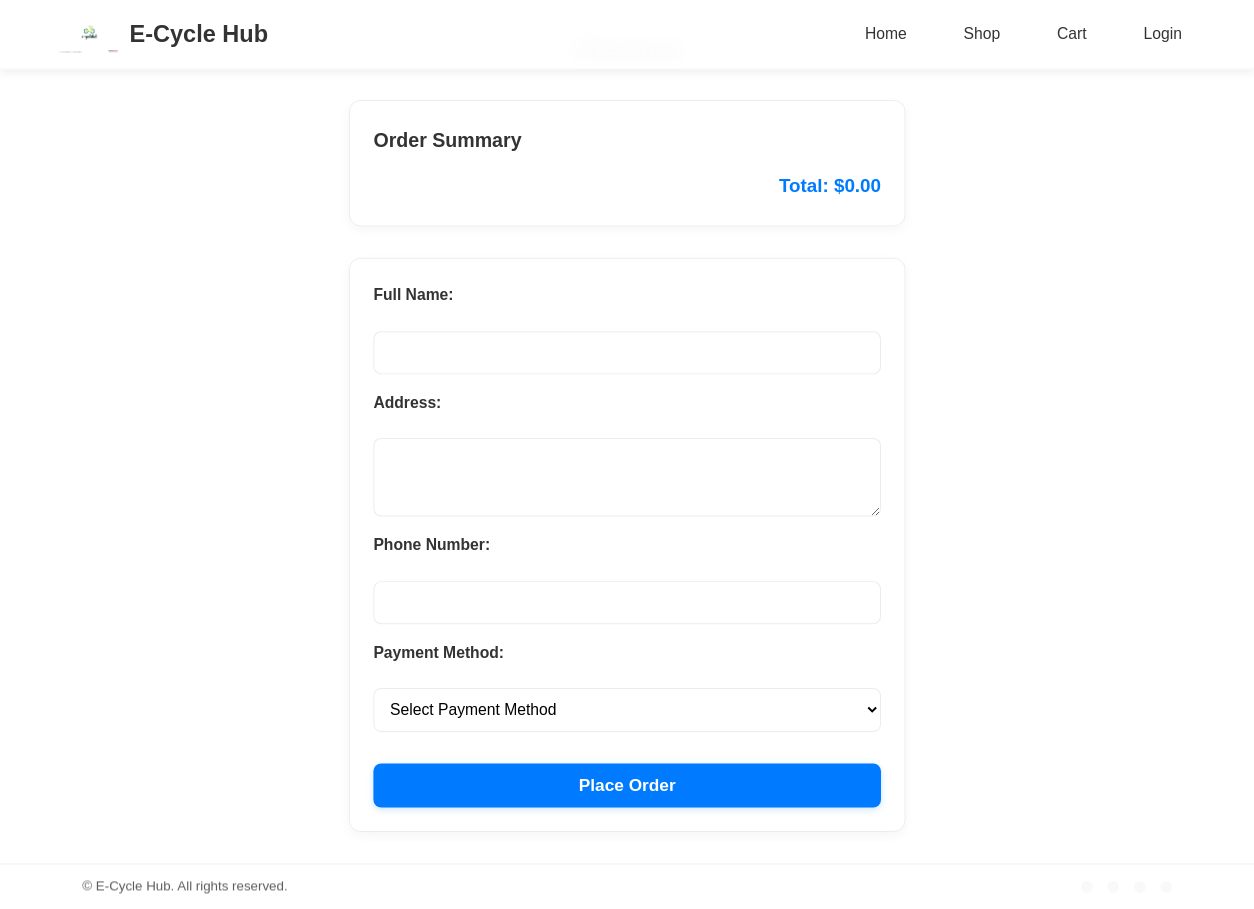
Repository: Rutuja-g/E-Cycle-Hub
Page: public/checkout.html
The author's editor kept a copy of each file at every save. The page is drawn from the files as they stood at one save, then again after the next save.
The browser window is 1280 px wide. The pictures show the whole page, at 98% of full size.

Above is the page before, as saved 2025-10-24 16:58:24.

### public/checkout.html
<!DOCTYPE html>
<html lang="en">
  <head>
    <meta charset="UTF-8" />
    <meta name="viewport" content="width=device-width, initial-scale=1.0" />
    <title>Checkout - E-Cycle Hub</title>
    <link rel="icon" href="favicon.ico" type="image/x-icon" />
    <link rel="stylesheet" href="css/reset.css" />
    <link rel="stylesheet" href="css/variables.css" />
    <link rel="stylesheet" href="css/main.css" />
  </head>
  <body>
    <header>
      <div id="header"></div>
    </header>

    <main>
      <section class="checkout">
        <h1>Checkout</h1>
        <div id="order-summary" class="order-summary">
          <h2>Order Summary</h2>
          <div id="order-items">
            <!-- Order items will be inserted here -->
          </div>
          <div class="order-total">
            <strong>Total: $<span id="total-price">0.00</span></strong>
          </div>
        </div>
        <form id="checkout-form" class="checkout-form">
          <label for="name">Full Name:</label>
          <input type="text" id="name" name="name" required />
          <div id="nameError" class="error"></div>

          <label for="address">Address:</label>
          <textarea id="address" name="address" required></textarea>
          <div id="addressError" class="error"></div>

          <label for="phone">Phone Number:</label>
          <input type="tel" id="phone" name="phone" required />
          <div id="phoneError" class="error"></div>

          <label for="payment">Payment Method:</label>
          <select id="payment" name="payment" required>
            <option value="">Select Payment Method</option>
            <option value="cod">Cash on Delivery</option>
            <option value="card">Credit/Debit Card</option>
          </select>
          <div id="paymentError" class="error"></div>

          <button type="submit">Place Order</button>
        </form>
      </section>
    </main>

    <footer>
      <div id="footer"></div>
    </footer>

    <script src="js/components.js"></script>
    <script src="js/checkout.js"></script>
  </body>
</html>

### public/css/reset.css
html
/* CSS Reset */
* {
    margin: 0;
    padding: 0;
    box-sizing: border-box;
}

html, body {
    height: 100%;
    font-family: Arial, sans-serif;
}

img {
    max-width: 100%;
    height: auto;
}

a {
    text-decoration: none;
    color: inherit;
}

ul {
    list-style: none;
}

button {
    cursor: pointer;
}

### public/css/variables.css
:root {
  --primary-color: #007bff; /* Electric Blue */
  --secondary-color: #0056b3; /* Darker Blue for hover */
  --background-color: #ffffff; /* White */
  --text-color: #333333; /* Dark Gray */
  --muted: #6c757d; /* Muted text */
  --font-family: "Poppins", sans-serif; /* Modern Font */
  --font-size-base: 16px; /* Base Font Size */
  --font-size-large: 1.25rem; /* Large Font Size */
  --font-size-small: 0.875rem; /* Small Font Size */
  --border-radius: 10px; /* Rounded Corners */
  --box-shadow: 0 4px 8px rgba(0, 0, 0, 0.1); /* Subtle Box Shadow */
  --box-shadow-hover: 0 6px 12px rgba(0, 0, 0, 0.15); /* Hover Shadow */
  --transition: all 0.3s ease; /* Smooth Transitions */
}

### public/js/checkout.js
(function () {
  const CART_KEY = "ecycle_cart";

  function getCart() {
    try {
      const raw = localStorage.getItem(CART_KEY);
      const cart = raw ? JSON.parse(raw) : [];
      if (!Array.isArray(cart)) {
        console.warn("Cart data is not an array, resetting to empty.");
        return [];
      }
      return cart;
    } catch (e) {
      console.error("Failed to parse cart from localStorage:", e);
      return [];
    }
  }

  function saveCart(cart) {
    try {
      localStorage.setItem(CART_KEY, JSON.stringify(cart));
    } catch (e) {
      console.warn("Failed to save cart", e);
    }
  }

  function formatPrice(n = 0) {
    return Number(n).toLocaleString(undefined, {
      minimumFractionDigits: 2,
      maximumFractionDigits: 2,
    });
  }

  function renderOrderSummary() {
    const cart = getCart();
    const orderItems = document.getElementById("order-items");
    const totalPrice = document.getElementById("total-price");

    orderItems.innerHTML = "";
    let total = 0;

    cart.forEach((item) => {
      const itemDiv = document.createElement("div");
      itemDiv.className = "order-item";
      itemDiv.innerHTML = `
        <p>${item.name} (x${item.quantity}) - $${formatPrice(
        item.price * item.quantity
      )}</p>
      `;
      orderItems.appendChild(itemDiv);
      total += item.price * item.quantity;
    });

    totalPrice.textContent = formatPrice(total);
  }

  function validateForm() {
    let isValid = true;
    const name = document.getElementById("name").value.trim();
    const address = document.getElementById("address").value.trim();
    const phone = document.getElementById("phone").value.trim();
    const payment = document.getElementById("payment").value;

    // Clear previous errors
    document.querySelectorAll(".error").forEach((el) => {
      el.textContent = "";
      el.style.opacity = "0";
    });

    if (!name) {
      document.getElementById("nameError").textContent =
        "Full name is required.";
      document.getElementById("nameError").style.opacity = "1";
      isValid = false;
    }

    if (!address) {
      document.getElementById("addressError").textContent =
        "Shipping address is required.";
      document.getElementById("addressError").style.opacity = "1";
      isValid = false;
    }

    if (!phone) {
      document.getElementById("phoneError").textContent =
        "Phone number is required.";
      document.getElementById("phoneError").style.opacity = "1";
      isValid = false;
    }

    if (!payment) {
      document.getElementById("paymentError").textContent =
        "Please select a payment mode.";
      document.getElementById("paymentError").style.opacity = "1";
      isValid = false;
    }

    return isValid;
  }

  function handleFormSubmit(e) {
    e.preventDefault();

    if (!validateForm()) {
      return;
    }

    // Get current user
    const user = JSON.parse(localStorage.getItem("ecycle_current_user"));
    if (!user) {
      alert("Please log in to place an order.");
      window.location.href = "login.html";
      return;
    }

    // Get cart items
    const cart = getCart();

    // Create order object
    const order = {
      id: Date.now(), // Simple ID based on timestamp
      userEmail: user.email,
      items: cart,
      total: cart.reduce((sum, item) => sum + item.price * item.quantity, 0),
      date: new Date().toISOString(),
      name: document.getElementById("name").value,
      address: document.getElementById("address").value,
      phone: document.getElementById("phone").value,
      payment: document.getElementById("payment").value,
    };

    // Save order to localStorage
    const orders = JSON.parse(localStorage.getItem("orders") || "[]");
    orders.push(order);
    localStorage.setItem("orders", JSON.stringify(orders));

    // Clear cart
    saveCart([]);

    // Show success message
    document.getElementById("checkout-form").style.display = "none";
    document.querySelector(".order-summary").style.display = "none";
    document.getElementById("success-message").style.display = "block";
  }

  document.addEventListener("DOMContentLoaded", function () {
    renderOrderSummary();

    const form = document.getElementById("checkout-form");
    form.addEventListener("submit", handleFormSubmit);
  });
})();

### public/components/header.html
<nav class="navbar">
  <div class="nav-container">
    <div class="logo">
      <a href="index.html">
        <img src="assets/images/logo.jpg" alt="E-Cycle Hub Logo" />
        <span>E-Cycle Hub</span>
      </a>
    </div>
    <div class="nav-toggle" id="navToggle">
      <span></span>
      <span></span>
      <span></span>
    </div>
    <ul class="nav-links" id="navLinks">
      <li><a href="index.html" class="nav-link">Home</a></li>
      <li><a href="shop.html" class="nav-link">Shop</a></li>
      <li><a href="cart.html" class="nav-link">Cart</a></li>
      <li><a href="login.html" class="nav-link">Login</a></li>
    </ul>
  </div>
</nav>

### public/components/footer.html
<footer class="footer">
  <div class="container">
    <div class="footer-content">
      <p>&copy; <span id="year"></span> E-Cycle Hub. All rights reserved.</p>
      <div class="social-icons">
        <a href="#" aria-label="Facebook"><i class="fab fa-facebook-f"></i></a>
        <a href="#" aria-label="Twitter"><i class="fab fa-twitter"></i></a>
        <a href="#" aria-label="Instagram"><i class="fab fa-instagram"></i></a>
        <a href="#" aria-label="YouTube"><i class="fab fa-youtube"></i></a>
      </div>
    </div>
  </div>
</footer>

Loaded but not shown: public/js/components.js (32 lines, source omitted); public/css/main.css (965 lines, source omitted)

After the next save:
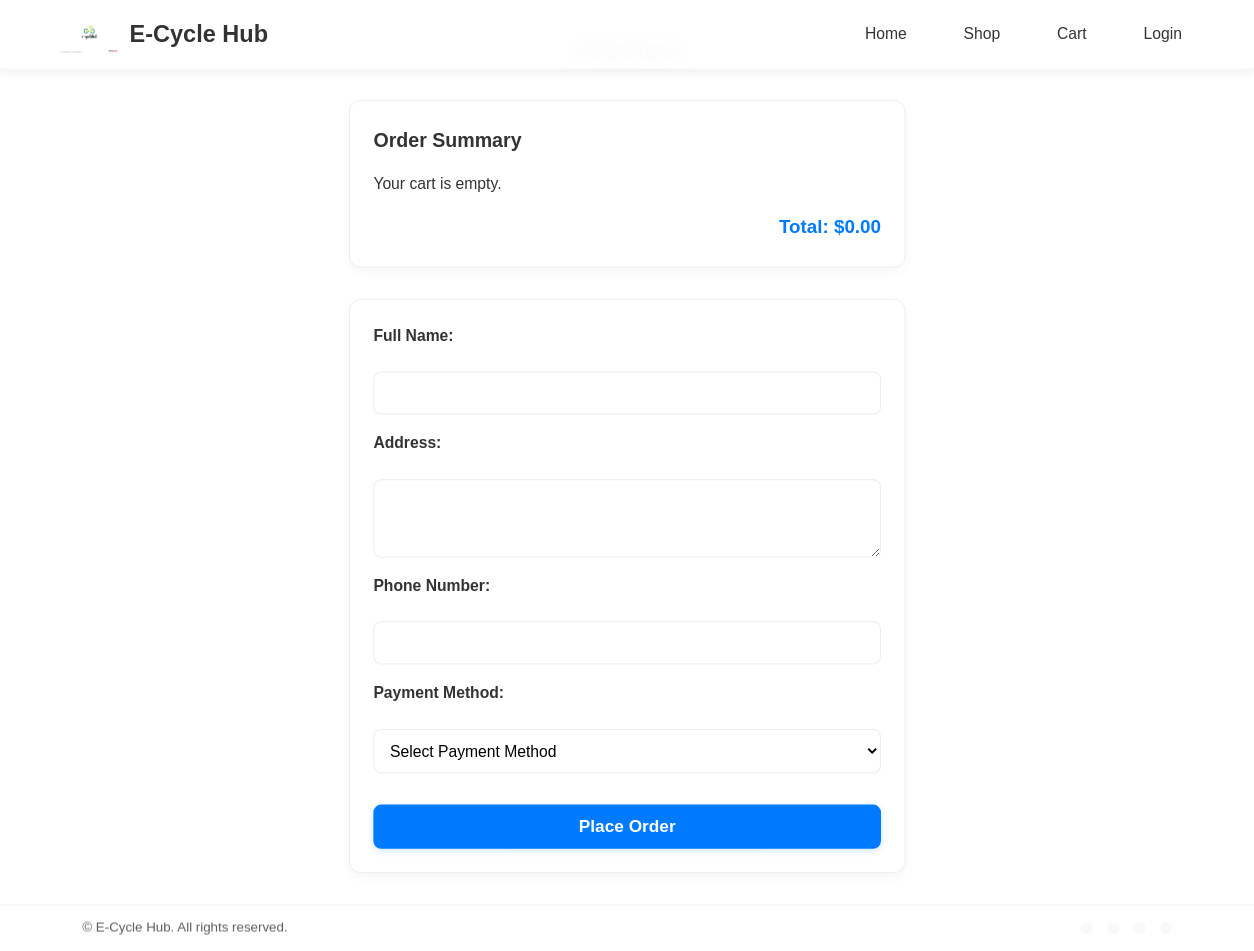
Saved 12 s later.
--- a/public/js/checkout.js
+++ b/public/js/checkout.js
@@ -39,13 +39,18 @@
     orderItems.innerHTML = "";
     let total = 0;
 
+    if (cart.length === 0) {
+      orderItems.innerHTML = "<p>Your cart is empty.</p>";
+      totalPrice.textContent = "0.00";
+      return;
+    }
+
     cart.forEach((item) => {
       const itemDiv = document.createElement("div");
       itemDiv.className = "order-item";
       itemDiv.innerHTML = `
-        <p>${item.name} (x${item.quantity}) - $${formatPrice(
-        item.price * item.quantity
-      )}</p>
+        <p>${item.name} (x${item.quantity})</p>
+        <p>$${formatPrice(item.price * item.quantity)}</p>
       `;
       orderItems.appendChild(itemDiv);
       total += item.price * item.quantity;
